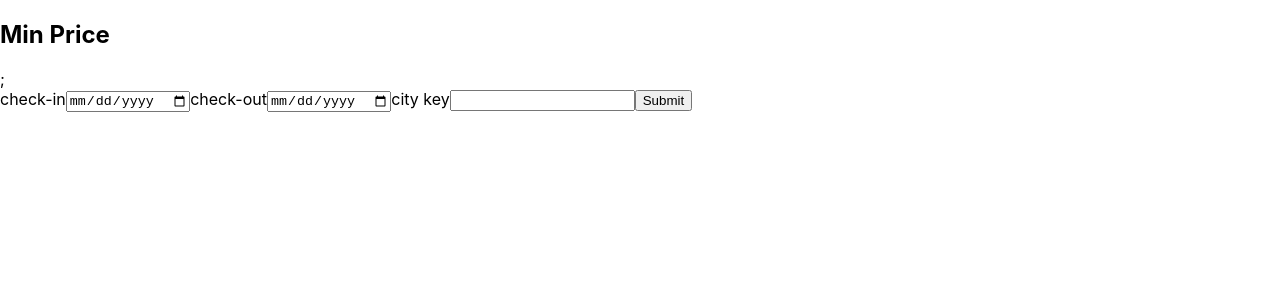
Repository: vsterev/il-test
Page: /min-price
These files come from the project's save history. The page is drawn as it stood at one moment and after the next save; the edit follows.
The browser window is 1280 px wide. The pictures show the whole page.
The project was rebuilt for these pictures with package versions that can differ from the ones it lists, and the page was loaded fresh each time. A package was used in the major version that the imports need, not the one package.json lists. Also part of the build but not shown: src/components/error/index.jsx.

Above is the page before, as saved 2021-04-27 07:28:05.

After the next save:
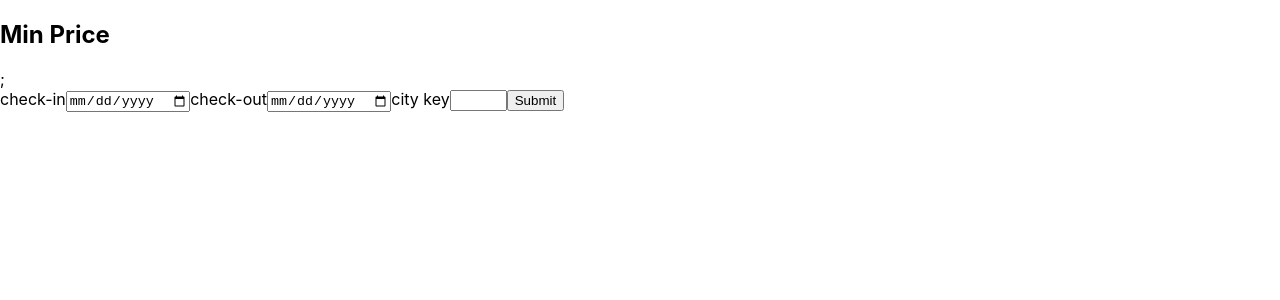
Saved 50 min 17 s later.
--- a/src/components/minPrice/index.jsx
+++ b/src/components/minPrice/index.jsx
@@ -25,6 +25,7 @@ const MinPrice = () => {
         <input
           type="text"
           id="cityKey"
+          size="4"
           value={details.cityKey}
           onChange={(e) => setDetails({ ...details, cityKey: e.target.value })}
         />
